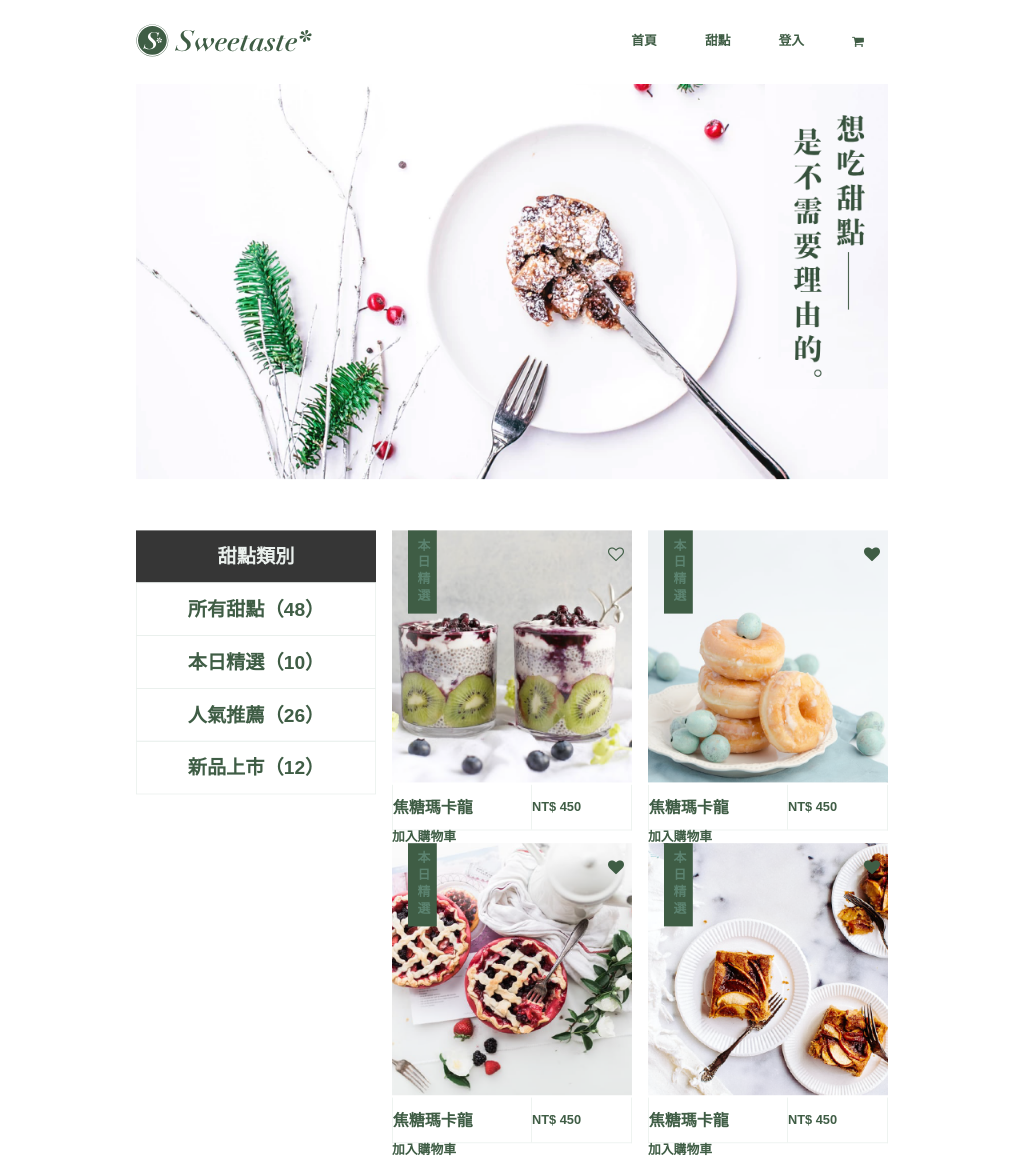
Repository: michelle61219/Sweets
Page: index.html
These files come from the project's save history. The page is drawn as it stood at one moment and after the next save; the edit follows.
The browser window is 1280 px wide. The pictures show the whole page, at 80% of full size.

Above is the page before, as saved 2021-06-13 15:40:47.

After the next save:
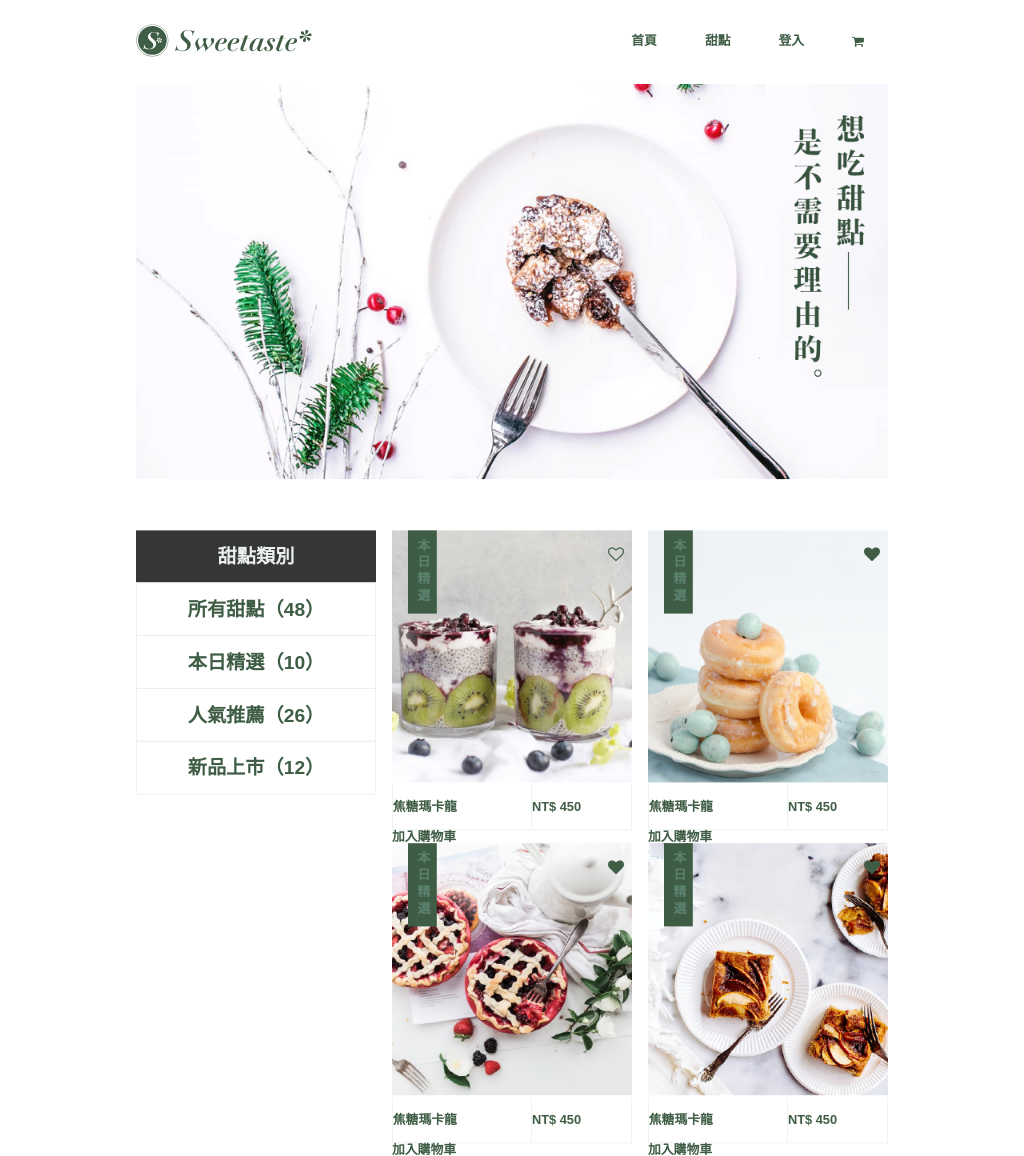
Saved 19 s later.
--- a/style.css
+++ b/style.css
@@ -246,7 +246,6 @@ a {
 	line-height: 56px;
 }
 .productList-card-body h2 {
-	font-size: 20px;
 	/* 300-127 */
 	width: 173px;
 	border-right: 1px solid #eaf0ed;
